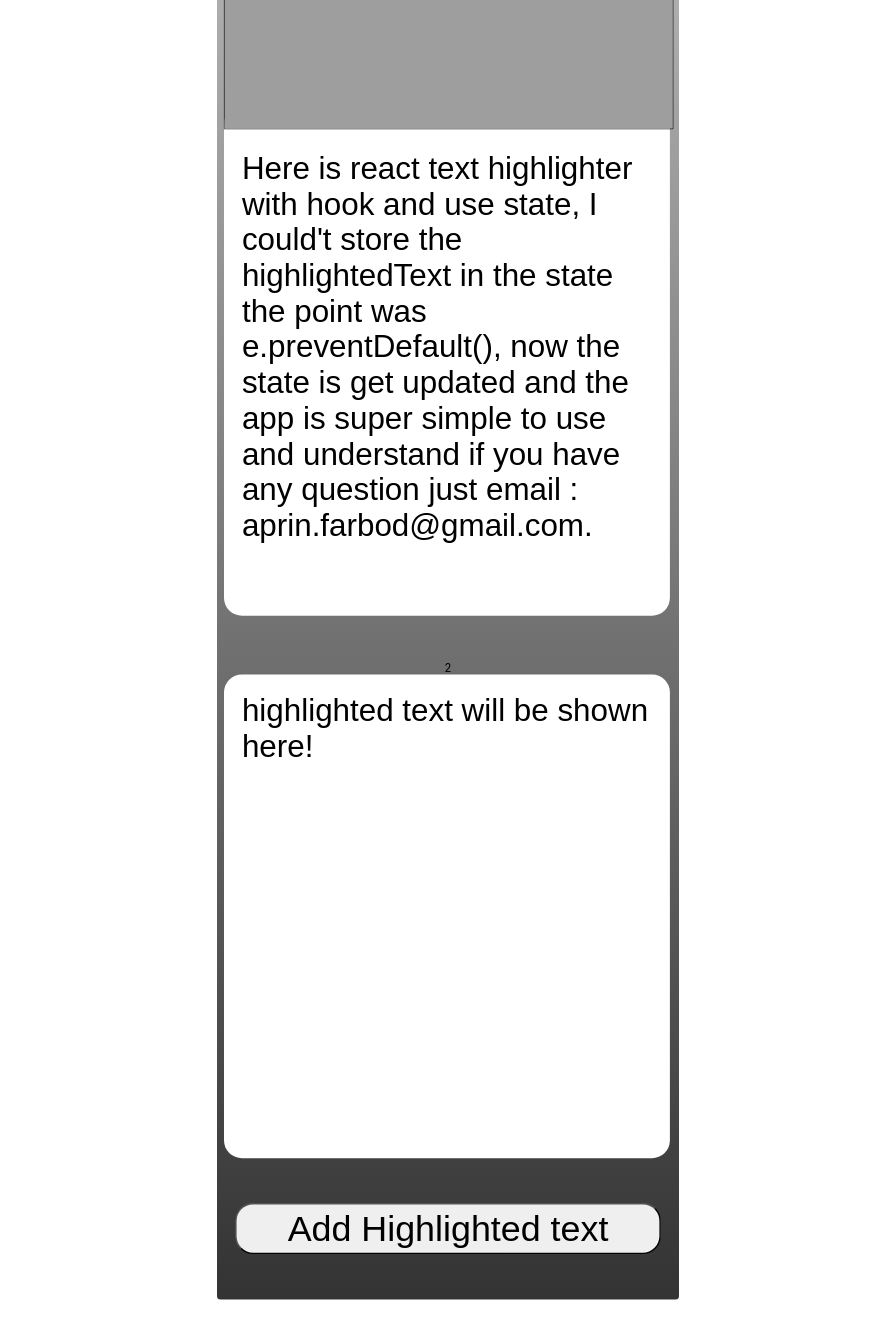
Repository: Farbod29/React-text-highlighter-with-hook-
Page: /
An editor plug-in stored every save of this project. The page is shown before and after a run of saves, followed by the edit.
The browser window is 1280 px wide. The pictures show the part of the page from y = 532 to 2452 px (the page is 2452 px tall), at 70% of full size.
Pictures or frames that could not be fetched are drawn as grey boxes. The project was rebuilt for these pictures with package versions that can differ from the ones it lists, and the page was loaded fresh each time. Also part of the build but not shown: src/highlighter2.js.

Above is the page before, as saved 2022-02-21 17:58:58.

### src/App.js
import './App.css';
import Highlighter from './highlighter';
import Highlighter2 from './highlighter2';
function App() {
  return (
    <div className="App">
      <Highlighter />
      {/* <Highlighter2 text={'text sss'} /> */}
      {/* hello is it mee you looking for ! */}
    </div>
  );
}
// https://stackoverflow.com/questions/38810767/how-can-you-get-highlighted-text-window-getselection-in-reactjs

export default App;

### src/highlighter.js
import React, { useState } from 'react';
import './highlight.css';

//https://developer.mozilla.org/en-US/docs/Web/API/Window/getSelection
// https://medium.com/unprogrammer/a-simple-text-highlighting-component-with-react-e9f7a3c1791a

//thanks for the provider and @Saeed Rastgar my friend to assist the in the CSS part.
export default function Highlighter() {
  {
    var ghasem = 1;
  }
  const [highlightedText, setHighlightedText] = useState(
    'highlighted text will be shown here!'
  );
  let ghasemAgeCHanger = () => {
    return ghasem + 1;
  };
  let extractTheText = () => {
    //e.preventDefault();
    const selectionObj = window.getSelection && window.getSelection();
    const selection = selectionObj.toString();
    console.log('selection jadid');
    console.log(selection);
    setHighlightedText(selection);
  };
  return (
    <>
      <section className="card">
        <div>
          {
            (document.onmouseup = () => {
              console.log('dostet Daram');
              extractTheText();
            })
          }
          <img
            className="img-holder"
            src="https://pfrias.couragecompanion.eu/storage/m/_v2/213604778138275840/4f8b684e5-e9314a/vlyvkRQwb3ew/u8hVvH5l5IFvha9MQyXCzPOYLo2SXG3bqIpv6vBg.png"
          ></img>
          <div className="margin-top-zero txt">
            Here is react text highlighter with hook and use state, I could't
            store the highlightedText in the state the point was
            e.preventDefault(), now the state is get updated and the app is
            super simple to use and understand if you have any question just
            email : aprin.farbod@gmail.com.
          </div>
          {ghasemAgeCHanger(ghasem)}
          {/* {ghasem} */}
          <div className="txt">{highlightedText}</div>
          <div // parent of button
          >
            <button className="btn"> Add Highlighted text </button>
          </div>
        </div>
      </section>
    </>
  );
}
//document , mouse up
// let doit = () => {
//   let sosis = (document.onmouseup = () => {
//     // console.log(window.getSelection().toString());
//     return window.getSelection().toString();
//   });
//   console.log(sosis);
//   return sosis;
// };

### src/highlight.css
.card {
  margin: 5vw auto;
  width: 50%;
  padding: 10px;
  border-radius: 5px;
  height: 180vw;
  background: linear-gradient(#ccc, #333);
}

.img-holder {
  height: 50vw;
  width: 49.5vw;
  border: 1px solid #111;
  border-top-left-radius: 2vw;
  border-top-right-radius: 2vw;
}

.txt {
  background-color: white;
  color: black;
  margin-bottom: 5vw;
  height: 50vw;
  width: 45.9vw;
  padding: 2vw;
  font-size: 3.5vw;
  font-family: sans-serif;
  text-align: left;
  border-radius: 2vw;
}

.margin-top-zero {
  margin-top: -3vw;
  padding-top: 5vw;
  border-top-radius: 0px;
}

.btn {
  padding: 5px;
  width: 47.5vw;
  font-size: 4vw;
  border-radius: 2vw;
}

farbod jan in css dovomi ro paste kon .card {
  margin: 5vw auto;
  width: 50%;
  padding: 10px;
  border-radius: 5px;
  height: 180vw;
  background: linear-gradient(#ccc, #333);
}

.img-holder {
  height: 50vw;
  width: 50vw;
  border-top-left-radius: 2vw;
  border-top-right-radius: 2vw;
}

.txt {
  background-color: white;
  color: black;
  margin-bottom: 5vw;
  height: 50vw;
  width: 45.8vw;
  padding: 2vw;
  font-size: 3.5vw;
  font-family: sans-serif;
  text-align: left;
  border-radius: 2vw;
}

.margin-top-zero {
  margin-top: -3vw;
  padding-top: 5vw;
  border-top-radius: 0px;
}

.btn {
  padding: 5px;
  width: 47.5vw;
  font-size: 4vw;
  border-radius: 2vw;
}

Loaded but not shown: public/index.html (common file); src/index.js (common file); src/index.css (common file); src/reportWebVitals.js (common file); src/App.css (common file)

After the next 3 saves:
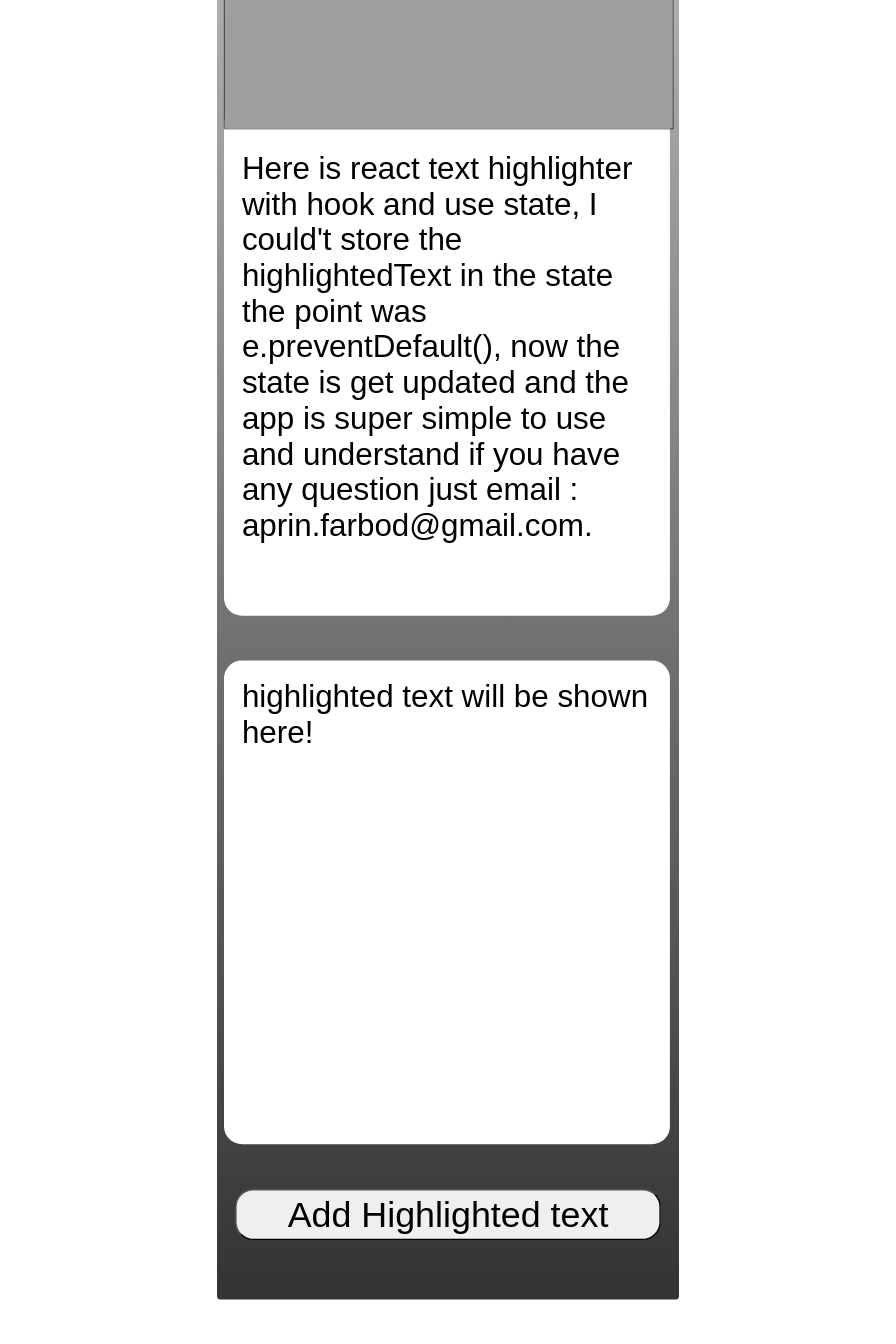
The 3 saves are shown as one change because 2 did not build or start.
The last was saved 21 h 45 min later.
--- a/src/highlighter.js
+++ b/src/highlighter.js
@@ -6,15 +6,10 @@ import './highlight.css';
 
 //thanks for the provider and @Saeed Rastgar my friend to assist the in the CSS part.
 export default function Highlighter() {
-  {
-    var ghasem = 1;
-  }
   const [highlightedText, setHighlightedText] = useState(
     'highlighted text will be shown here!'
   );
-  let ghasemAgeCHanger = () => {
-    return ghasem + 1;
-  };
+
   let extractTheText = () => {
     //e.preventDefault();
     const selectionObj = window.getSelection && window.getSelection();
@@ -44,7 +39,7 @@ export default function Highlighter() {
             super simple to use and understand if you have any question just
             email : aprin.farbod@gmail.com.
           </div>
-          {ghasemAgeCHanger(ghasem)}
+
           {/* {ghasem} */}
           <div className="txt">{highlightedText}</div>
           <div // parent of button
